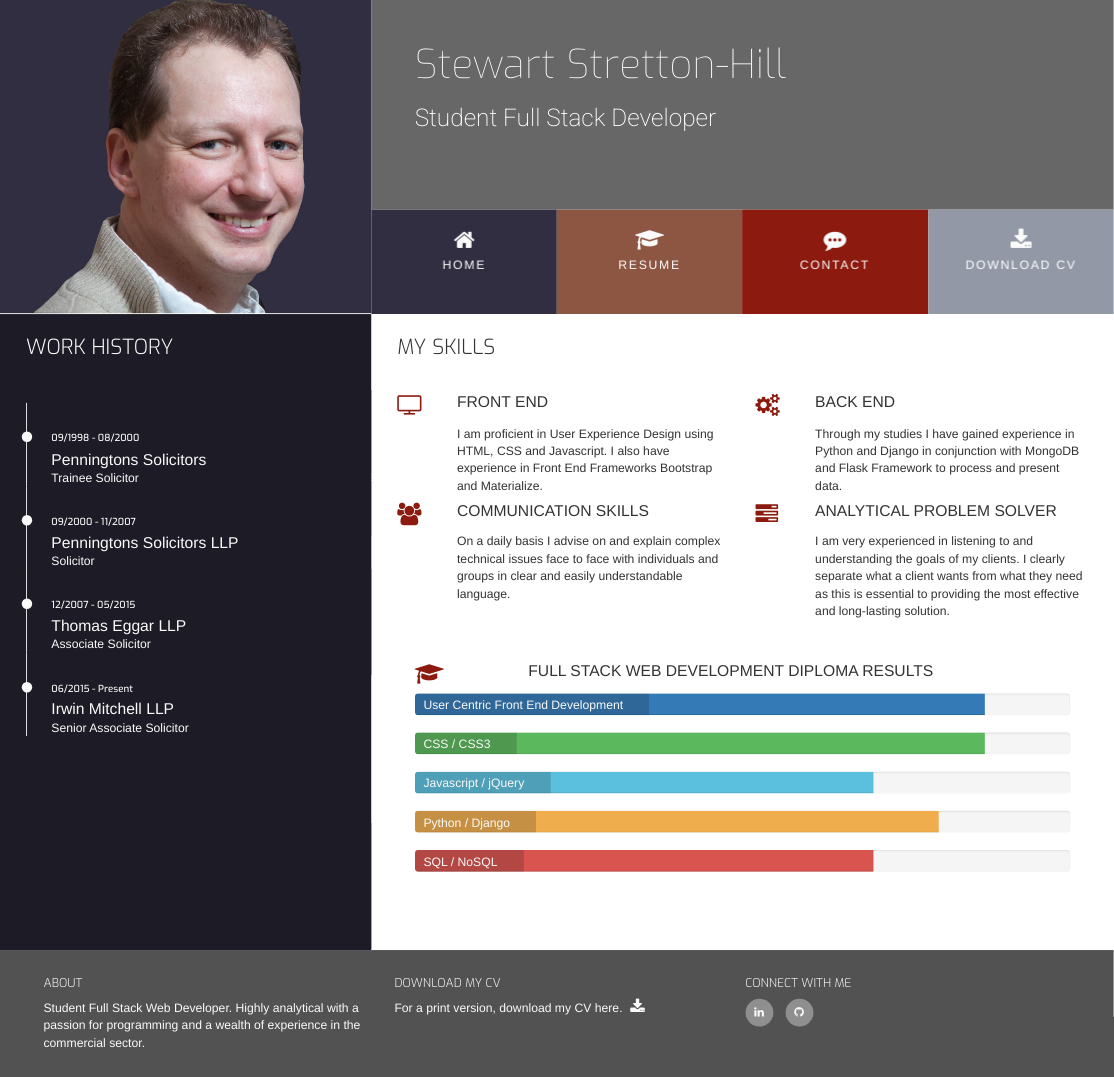
Repository: Shilldon/CV
Page: resume.html
The author's editor kept a record of every edit. The page is drawn from the files as they stood at one moment, then again after the next edit.
The browser window is 1280 px wide. The pictures show the whole page, at 87% of full size.

Above is the page before.

### resume.html
<!DOCTYPE html>
<html lang="en">

<head>
    <link rel="stylesheet" href="https://maxcdn.bootstrapcdn.com/bootstrap/3.3.7/css/bootstrap.min.css" type="text/css" />
    <link rel="stylesheet" href="https://stackpath.bootstrapcdn.com/font-awesome/4.7.0/css/font-awesome.min.css" type="text/css" />
    <link rel="stylesheet" href="https://cdnjs.cloudflare.com/ajax/libs/hover.css/2.3.1/css/hover-min.css" type="text/css" />
    <link rel="stylesheet" href="assets/css/style.css" type="text/css" />
    <meta name="viewport" content="width=device-width, initial-scale-1">
</head>

<body>
    <header class="container-fluid">
        <div class="row">
            <a href="index.html" alt="profile image">
                <div class="col-md-4 logo"></div>
            </a>
            <div class="col-md-8">
                <div class="row bg-color-name-title">
                    <div class="heading">
                        <h1 class="name">Stewart Stretton-Hill</h1>
                        <h2 class="title">Student Full Stack Developer</h2>
                    </div>
                </div>

                <div class="row">
                    <ul id="nav" class="list-inline clearfix">
                        <li class="col-xs-6 col-sm-3 ui-menu-color-home menuitem">
                            <a href="index.html" class="hvr-sweep-to-bottom"><i class="fa fa-home" aria-hidden="true"></i><span>Home</span></a>
                        </li>
                        <li class="col-xs-6 col-sm-3 ui-menu-color-resume menuitem">
                            <a href="resume.html" class="hvr-sweep-to-bottom"><i class="fa fa-graduation-cap" aria-hidden="true"></i><span>Resume</span></a>
                        </li>
                        <li class="col-xs-6 col-sm-3 ui-menu-color-contact menuitem">
                            <a href="contact.html" class="hvr-sweep-to-bottom"><i class="fa fa-commenting" aria-hidden="true"></i><span>Contact</span></a>
                        </li>
                        <li class="col-xs-6 col-sm-3 ui-menu-color-download menuitem">
                            <a href="assets/cv/sample-cv.pdf" target="_blank" class="hvr-sweep-to-bottom"><i class="fa fa-download" aria-hidden="true"></i><span>Download CV</span></a>
                        </li>
                    </ul>
                </div>
            </div>
        </div>
    </header>

    <section class="container-fluid">
        <div class="row row-table">
            <div class="col-xs-12 col-sm-12 col-md-4 bg-color-work-history section-column">
                <div class="row">
                    <div class="col-md-12">
                        <h3 class="history-heading uppercase">Work History</h3>
                    </div>
                </div>

                <div class="history-items">
                    <div class="timeline-item" dates="09/1998 - 08/2000">
                        <h4>Penningtons Solicitors</h4>
                        <p>Trainee Solicitor</p>
                    </div>
                    <div class="timeline-item" dates="09/2000 - 11/2007">
                        <h4>Penningtons Solicitors LLP</h4>
                        <p>Solicitor</p>
                    </div>
                    <div class="timeline-item" dates="12/2007 - 05/2015">
                        <h4>Thomas Eggar LLP</h4>
                        <p>Associate Solicitor</p>
                    </div>
                    <div class="timeline-item" dates="06/2015 - Present">
                        <h4>Irwin Mitchell LLP</h4>
                        <p>Senior Associate Solicitor</p>
                    </div>
                </div>

            </div>
            <div class="col-xs-12 col-sm-12 col-md-8 bg-color-three-reasons section-column">
                <div class="row">
                    <div class="col-md-12">
                        <h3 class="section-heading uppercase">My Skills</h3>
                    </div>
                </div>

                <div class="row">
                    <div class="col-xs-10 col-xs-offset-1 col-sm-offset-0 col-sm-4 col-md-6">
                        <div class="row">
                            <div class="col-xs-2 col-sm-2 col-md-2">
                                <i class="three-reasons-icon fa fa-tv" aria-hidden="true"></i>
                            </div>
                            <div class="col-xs-10 col-sm-10 ">
                                <h4 class="three-reasons-heading uppercase">Front End</h4>
                                <p>
                                    I am proficient in User Experience Design using HTML, CSS and Javascript. I also have experience in Front End Frameworks Bootstrap and Materialize.
                                </p>
                            </div>
                        </div>
                    </div>
                    <div class="col-xs-10 col-xs-offset-1 col-sm-offset-0 col-sm-4 col-md-6">
                        <div class="row">
                            <div class="col-xs-2 col-sm-2 col-md-2">
                                <i class="three-reasons-icon fa fa-gears" aria-hidden="true"></i>
                            </div>
                            <div class="col-xs-10 col-sm-10 ">
                                <h4 class="three-reasons-heading uppercase">Back End</h4>
                                <p>
                                    Through my studies I have gained experience in Python and Django in conjunction with MongoDB and Flask Framework to process and present data.</p>
                            </div>
                        </div>
                    </div>
                </div>
                <div class="row">
                    <div class="col-xs-10 col-xs-offset-1 col-sm-offset-0 col-sm-4 col-md-6">
                        <div class="row">
                            <div class="col-xs-2 col-sm-2 col-md-2">
                                <i class="three-reasons-icon fa fa-users" aria-hidden="true"></i>
                            </div>
                            <div class="col-xs-10 col-sm-10 ">
                                <h4 class="three-reasons-heading uppercase">Communication Skills</h4>
                                <p>
                                    On a daily basis I advise on and explain complex technical issues face to face with individuals and groups in clear and easily understandable language.
                                </p>
                            </div>
                        </div>
                    </div>
                    <div class="col-xs-10 col-xs-offset-1 col-sm-offset-0 col-sm-4 col-md-6">
                        <div class="row">
                            <div class="col-xs-2 col-sm-2 col-md-2">
                                <i class="three-reasons-icon fa fa-tasks" aria-hidden="true"></i>
                            </div>
                            <div class="col-xs-10 col-sm-10 ">
                                <h4 class="three-reasons-heading uppercase">Analytical Problem Solver</h4>
                                <p>
                                    I am very experienced in listening to and understanding the goals of my clients. I clearly separate what a client wants from what they need as this is essential to providing the most effective and long-lasting solution.
                                </p>
                            </div>
                        </div>
                    </div>
                </div>
                <div class="progress-section row">
                    <div class="row">
                        <div class="col-xs-2 col-sm-2 col-md-2">
                            <i class="three-reasons-icon fa fa-graduation-cap" aria-hidden="true"></i>
                        </div>
                        <div class="col-xs-10 col-sm-10">
                            <h4 class="three-reasons-heading uppercase">Full Stack Web Development Diploma Results</h4>
                        </div>
                    </div>

                    <div class="progress">
                        <div class="progress-bar" role="progressbar" aria-valuenow="90" aria-valuemin="0" aria-valuemax="100" style="width:87%">
                            <span class="sr-only"> 87% </span>
                            <!-- screen reader only - sr-only -->
                        </div>
                        <span class="progress-type">User Centric Front End Development</span>
                    </div>
                    <div class="progress">
                        <div class="progress-bar progress-bar-success" role="progressbar" aria-valuenow="87" aria-valuemin="0" aria-valuemax="100" style="width:87%">
                            <span class="sr-only"> 87% </span>
                            <!-- screen reader only - sr-only -->
                        </div>
                        <span class="progress-type">CSS / CSS3</span>
                    </div>
                    <div class="progress">
                        <div class="progress-bar progress-bar-info" role="progressbar" aria-valuenow="70" aria-valuemin="0" aria-valuemax="100" style="width:70%">
                            <span class="sr-only"> 70% </span>
                            <!-- screen reader only - sr-only -->
                        </div>
                        <span class="progress-type">Javascript / jQuery</span>
                    </div>
                    <div class="progress">
                        <div class="progress-bar progress-bar-warning" role="progressbar" aria-valuenow="80" aria-valuemin="0" aria-valuemax="100" style="width:80%">
                            <span class="sr-only"> 80% </span>
                            <!-- screen reader only - sr-only -->
                        </div>
                        <span class="progress-type">Python / Django</span>
                    </div>
                    <div class="progress">
                        <div class="progress-bar progress-bar-danger" role="progressbar" aria-valuenow="70" aria-valuemin="0" aria-valuemax="100" style="width:70%">
                            <span class="sr-only"> 70% </span>
                            <!-- screen reader only - sr-only -->
                        </div>
                        <span class="progress-type">SQL / NoSQL</span>
                    </div>

                </div>
            </div>
        </div>
    </section>

    <footer class="container-fluid">
        <div id="footer-details" class="row">
            <div class="col-sm-4">
                <h5 class="uppercase general-sub">About</h5>
                <p class="inline-block">
                    Student Full Stack Web Developer. Highly analytical with a passion for programming and a wealth of experience in the commercial sector.
                </p>
            </div>
            <div class="col-sm-4">
                <h5 class="uppercase general-sub">Download My CV</h5>
                <p class="inline-block">
                    For a print version, download my CV here.
                    <a href="assets/cv/sample-cv.pdf" target="_blank" class="cv-pdf"><i class="fa fa-download" aria-hidden="true"></i></a>
                </p>
            </div>
            <div class="col-sm-4">
                <h5 class="uppercase general-sub">Connect with me</h5>
                <ul class="list-inline social-links">
                    <li><a target=".blank" href="https://www.linkedin.com/in/stewartstrettonhill/"><i class="fa fa-linkedin"></i></a></li>
                    <li><a target="_blank" href="https://github.com/Shilldon/"><i class="fa fa-github" aria-hidden="true"></i></i></a></li>
                </ul>
            </div>
        </div>

    </footer>
</body>

</html>

### assets/css/style.css
@import url('https://fonts.googleapis.com/css?family=Roboto:100,200,300,400,500,600,700|Exo:100,200,300,400,500,600,700');

/*-------------------------------------------Colors*/

.bg-color-name-title {
    background-color: #676767;
}

.bg-color-three-reasons {
    background-color: #ffffff;
}

.bg-color-personal-info {
    background-color: #f4f4f4;
}

.bg-color-work-history {
    background-color: rgb(29, 28, 38);
}

.bg-color-contact {
    background-color: #ffffff;
}

.ui-menu-color-home {
    background-color: #302E40;
}

.ui-menu-color-resume {
    background-color: #8C5642;
}

.ui-menu-color-contact {
    background-color: #8C1A0F;
}

.ui-menu-color-download {
    background-color: #9298A6;
}


/*-------------------------------------------Special Padding/Margins/Text*/

h1,
h2,
h3,
h4 {
    margin: 0;
}

.uppercase {
    text-transform: uppercase;
}

.general-sub {
    font-family: "Exo", sans-serif;
    font-weight: 300;
    color: #fafafa;
}

.inline-block {
    display: inline-block;
}

.row-table {
    display: table;
}

.history-heading,
.section-heading {
    font-family: "Exo", sans-serif;
    font-weight: 300;
    margin-top: 25px;
    margin-bottom: 40px;
}

/*-------------------------------------------Heading*/

header {
    margin: 0;
}

.heading {
    margin-left: 50px;
}

.logo {
    background: url("../images/headshot.jpg");
    background-position: center;
    background-repeat: no-repeat;
    background-size: cover;
    min-height: 360px;
    transition: all .5s ease-in-out;
    -moz-transition: all .5s ease-in-out;
    -webkit-transition: all .5s ease-in-out;
}

.name {
    font-family: "Exo", sans-serif;
    font-weight: 100;
    font-size: 46px;
    margin-top: 50px;
    color: #ffffff;
}

.title {
    font-family: "Roboto", sans-serif;
    font-weight: 200;
    font-size: 28px;
    margin-top: 20px;
    margin-bottom: 90px;
    color: #ffffff;
}

#nav {
    margin: 0;
}

#nav li {
    padding: 0;
}

.menuitem {
    height: 120px;
    text-align: center;
    padding: 0;
}

.menuitem a {
    width: 100%;
    text-decoration: none;
    color: #ffffff;
    height: 120px;
}

.menuitem a i {
    padding-top: 22px;
    display: block;
    color: #fafafa;
    font-size: 26px;
}

.menuitem span {
    display: block;
    width: 100%;
    padding-top: 5px;
    text-align: center;
    text-transform: uppercase;
    font-size: 14px;
    font-weight: 300;
    letter-spacing: 2px;
}

/*-------------------------------------------Hover.css*/

.hvr-sweep-to-bottom:before {
    background: rgba(0, 0, 0, 0.2);
    height: 120px;
}


/*-------------------------------------------Footer*/

footer {
    background-color: #525252;
    color: #fafafa;
    min-height: 120px;
    margin: 0;
}

footer .cv-pdf i {
    color: #fafafa;
    text-align: center;
    font-size: 18px;
    padding-left: 5px;
}

footer .cv-pdf i:hover {
    color: #e84610;
    transition: all 0.35s ease-in-out;
    -moz-transition: all 0.35s ease-in-out;
    -webkit-transition: all 0.35s ease-in-out;
    -o-transition: all 0.35s ease-in-out;
}

.social-links {
    padding-bottom: 15px;
}

.social-links li a i {
    width: 32px;
    height: 32px;
    padding: 12px 0;
    border-radius: 50%;
    font-size: 13px;
    line-height: 7px;
    text-align: center;
    color: #fafafa;
    background: #8f8f8f;
    transition: all 0.35s ease-in-out;
    -moz-transition: all 0.35s ease-in-out;
    -webkit-transition: all 0.35s ease-in-out;
    -o-transition: all 0.35s ease-in-out;

}

.social-links li a i:hover {
    background: #8C1A0F;

}

#footer-details {
    margin: 20px;
}


/*-------------------------------------------Three Reasons*/

.three-reasons-icon {
    font-size: 26px;
    color: #8C1A0F;

}

.three-reasons-heading {
    margin-bottom: 15px;

}


/*-------------------------------------------Personal Info*/

.personal-info-item {
    margin-bottom: 20px;
    display: block;
    clear: both;

}

.personal-info-item .key,
.personal-info-item .value {
    padding-right: 8px;
}

.personal-info-item .key p,
.personal-info-item .value p {
    margin: 0;
}

.personal-info-item .key {
    display: inline-block;
    width: 30%;
    margin-right: 21px;
    padding-top: 2px;
    vertical-align: top;
}

.personal-info-item .key p {
    font-weight: 700;
}

.personal-info-item .value {
    display: inline-block;
    position: relative;
    width: 60%;
}

/*-------------------------------------------Skills*/

.progress {
    position: relative;
    height: 25px;
}

.progress-type {
    position: absolute;
    /*so text will sit on the progress bar */
    left: 0px;
    font-weight: 400;
    padding: 3px 30px 2px 10px;
    color: #fafafa;
    background-color: rgba(25, 25, 25, 0.2);
}

.progress-section {
    margin: 40px 20px;
}

/*-------------------------------------------Work History*/

.timeline-item {
    padding: 4em 2em 0em 2em;
    position: relative;
    color: #fafafa;
    border-left: 1px solid;
}

.timeline-item p {
    padding: 0;
    margin: 0;

}



.timeline-item::before {
    /*before is a pseudo element */
    content: attr(dates);
    /*search for attribute called dates and display value assocaited with that dates key */
    /*content - i.e. put in whatever the value of content is */
    position: absolute;
    left: 2.5em;
    top: 3em;
    display: block;
    font-family: "Exo", sans-serif;
    font-weight: 500;
    font-size: 0.8em;
    padding: 0;
    margin: 0;

}

.timeline-item::after {
    width: 12px;
    height: 12px;
    display: block;
    top: 2.4em;
    position: absolute;
    left: -6px;
    border-radius: 12px;
    content: '';
    background: #fafafa;
}


.history-heading {
    color: #fafafa;
    margin-bottom: 50px;
}

.history-items {
    margin-bottom: 30px;
}

/*-------------------------------------------Contact*/

.contact-heading {
    font-family: "Exo", sans-serif;
    font-weight: 300;
    margin-top: 25px;
    margin-bottom: 20px;
}
/*
.center-form {
    padding-top: 10px;
    margin: 0 auto;
    max-width: 70%;
}

button[type="submit"] {
    margin-top: 15px;
    margin-bottom: 20px;
    background-color: #e84610;
    color: #fafafa;
}
*/
.contact-details {
    padding:40px;
}
.contact-details .row {
    padding:20px 20px;
}
/*-------------------------------------------Media Queries*/

@media(min-width: 992px) {
    .section-column {
        padding: 0 30px 30px;
        float: none;
        display: table-cell;
    }

    .center-form {
        padding-top: 30px;
        min-height: 240px;
        margin: 0 auto;
        max-width: 50%;
    }
}

After the next edit:
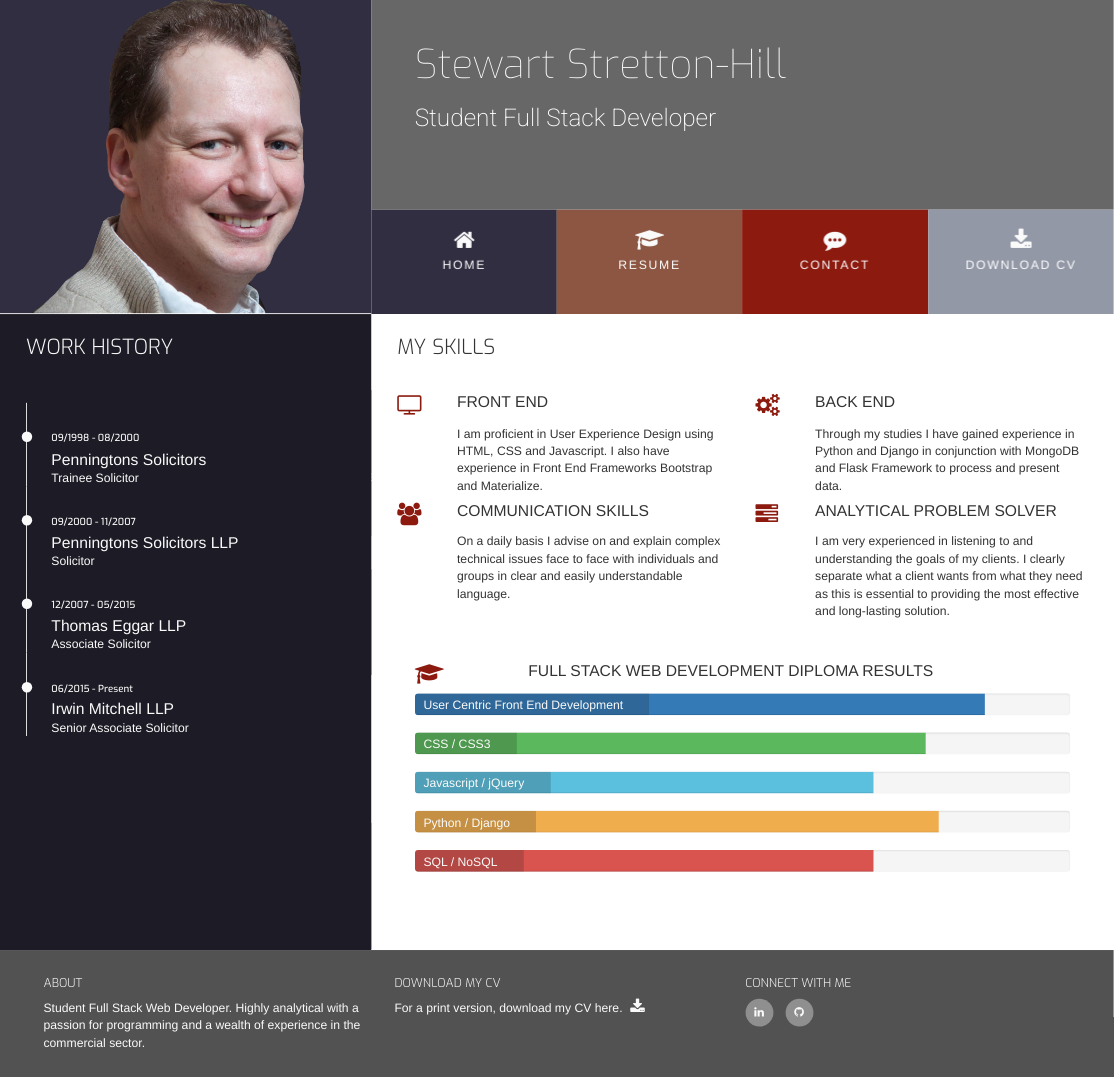
The edit:
--- a/resume.html
+++ b/resume.html
@@ -152,8 +152,8 @@
                         <span class="progress-type">User Centric Front End Development</span>
                     </div>
                     <div class="progress">
-                        <div class="progress-bar progress-bar-success" role="progressbar" aria-valuenow="87" aria-valuemin="0" aria-valuemax="100" style="width:87%">
-                            <span class="sr-only"> 87% </span>
+                        <div class="progress-bar progress-bar-success" role="progressbar" aria-valuenow="78" aria-valuemin="0" aria-valuemax="100" style="width:78%">
+                            <span class="sr-only"> 78% </span>
                             <!-- screen reader only - sr-only -->
                         </div>
                         <span class="progress-type">CSS / CSS3</span>
